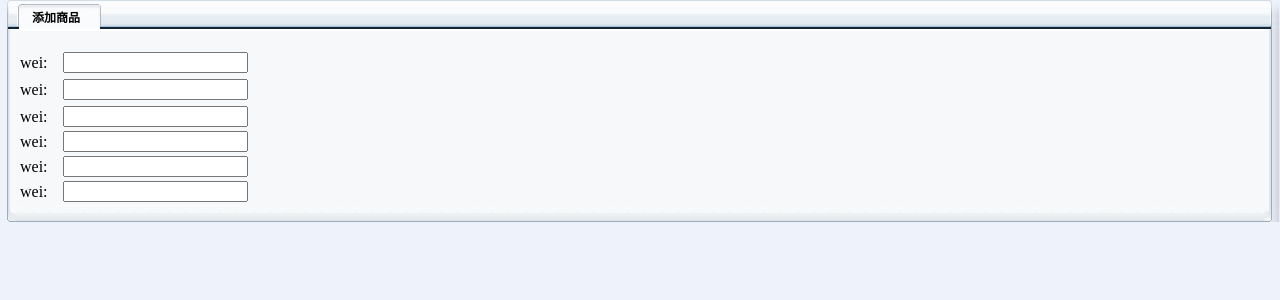
Repository: wzhcxw/shop
Page: ShopOnline/WebContent/admin/addsku.html
An editor plug-in stored every save of this project. The page is shown before and after the next save, followed by the edit.
The browser window is 1280 px wide. The pictures show the whole page.

Above is the page before, as saved 2014-09-25 16:38:27.

After the next save:
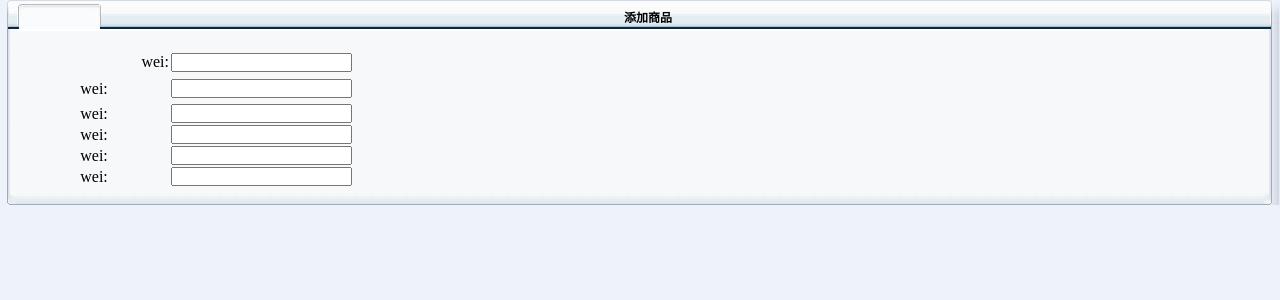
Saved 6 h 58 min later.
--- a/ShopOnline/WebContent/admin/addsku.html
+++ b/ShopOnline/WebContent/admin/addsku.html
@@ -26,6 +26,12 @@ background-color: #EEF2FB;
 }
 -->
 </style>
+
+<style type="text/css">
+*{margin:0;padding:0;}
+tr{text-align:center;}
+.tal{text-align:right;}
+</style>
 <body>
 <table width="100%" border="0" cellpadding="0" cellspacing="0">
 <tr>
@@ -45,10 +51,10 @@ background-color: #EEF2FB;
 <body  id= mainbody  >
  	<br>
 
-	<table width="324">
-        <tr>
-        	<td width="43" height="22">wei:</td>
-           <td width="304"><input width="50"></input></td>
+	<table width="337">
+        <tr >
+        	<td  class="tal" width="279" height="22">wei:</td>
+           <td width="46"><input width="50"></input></td>
         </tr>
                 <tr>
         	<td height="27">wei:</td>
